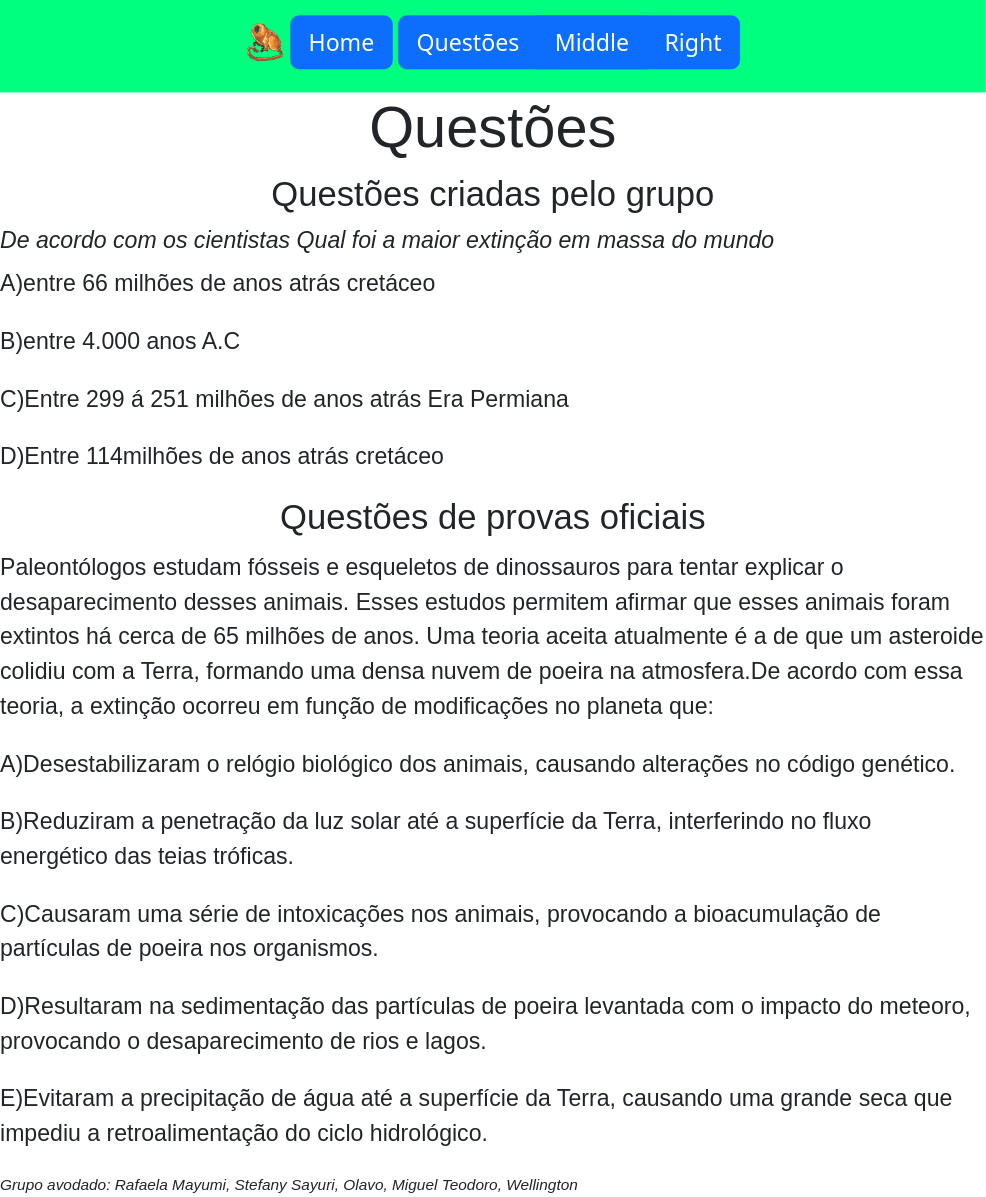
Repository: OlavoSchiavi/Site-de-biologia
Page: quest.html
The author's editor kept a copy of each file at every save. The page is drawn from the files as they stood at one save, then again after the next save.
The browser window is 1280 px wide. The pictures show the whole page, at 77% of full size.

Above is the page before, as saved 2023-04-18 20:55:02.
Not found: JS/script.js

After the next save:
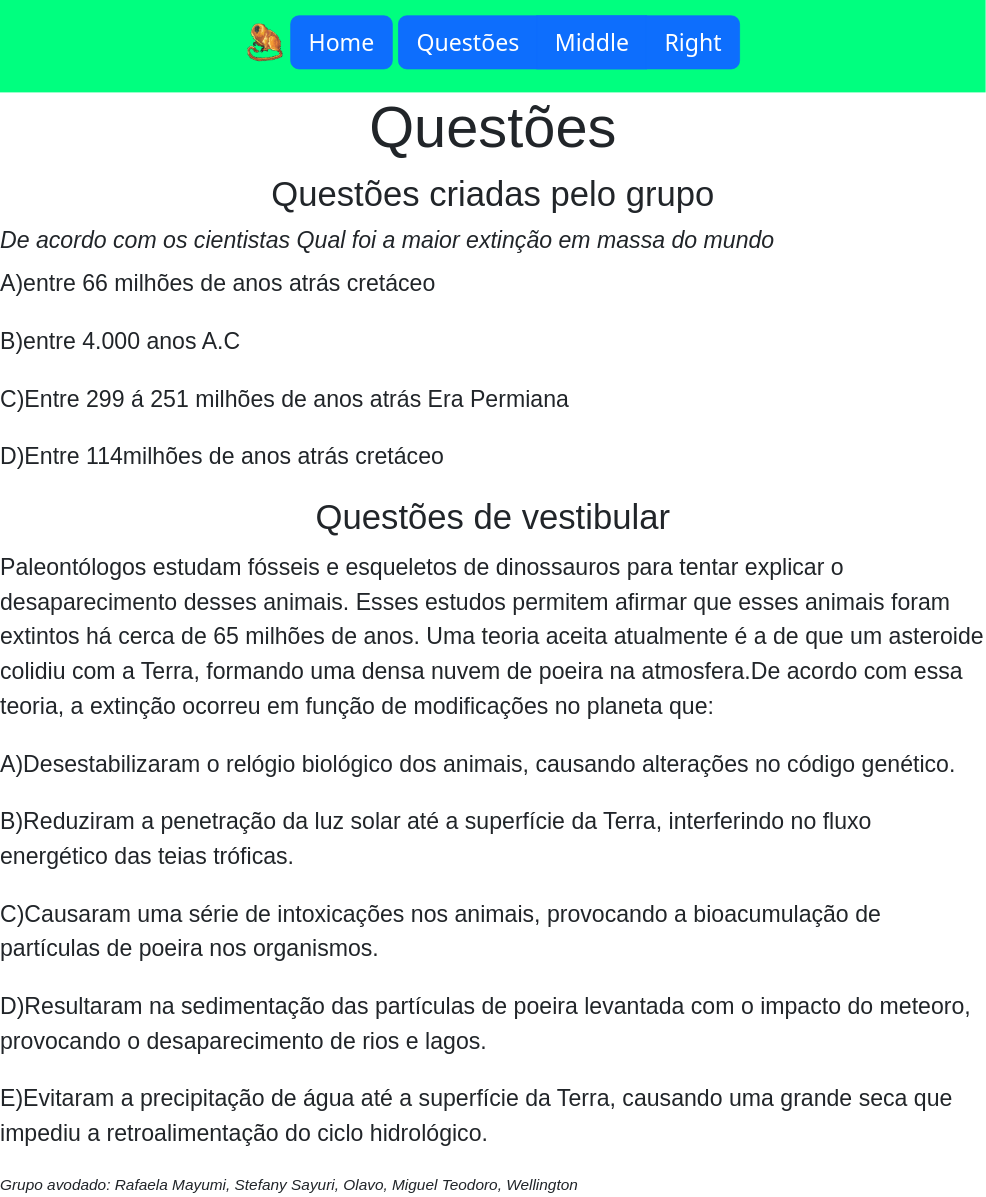
Saved 2 min 46 s later.
--- a/quest.html
+++ b/quest.html
@@ -40,7 +40,7 @@
                 <p>C)Entre 299 á 251  milhões de anos atrás Era Permiana</p>
                 <p>D)Entre 114milhões de anos atrás cretáceo</p>
 
-                <h4>Questões de provas oficiais</h4>
+                <h4>Questões de vestibular</h4>
                 <p>Paleontólogos estudam fósseis e esqueletos de dinossauros para tentar explicar o desaparecimento desses animais. Esses estudos permitem afirmar que esses animais foram extintos há cerca de 65 milhões de anos. Uma teoria aceita atualmente é a de que um asteroide colidiu com a Terra, formando uma densa nuvem de poeira na atmosfera.De acordo com essa teoria, a extinção ocorreu em função de modificações no planeta que:</p>
                     <p>A)Desestabilizaram o relógio biológico dos animais, causando alterações no código genético.</p>
                     <p>B)Reduziram a penetração da luz solar até a superfície da Terra, interferindo no fluxo energético das teias tróficas.</p>
